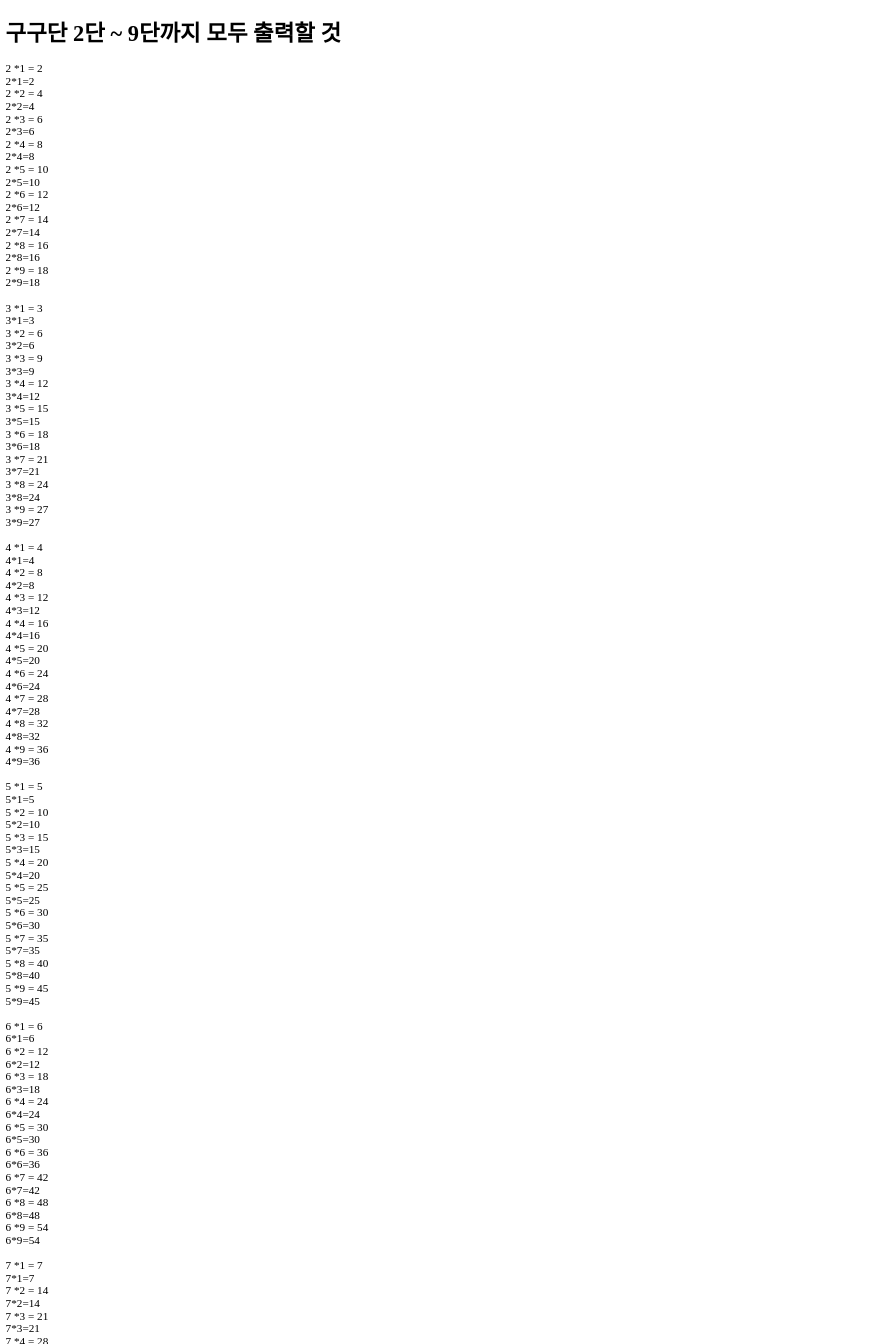
Repository: junirang330/Jsp2026
Page: http://localhost/chapter01/test02.jsp
The author's editor kept a copy of each file at every save. The page is drawn from the files as they stood at one save, then again after the next save.
The browser window is 1280 px wide. The pictures show the part of the page from y = 0 to 1920 px (the page is 2833 px tall before and 1537 px after), at 70% of full size.
The page is served by Tomcat 9.

Above is the page before, as saved 2026-10-16 02:39:03.

### chapter01/src/main/webapp/test02.jsp
<%@ page language="java" contentType="text/html; charset=UTF-8"
    pageEncoding="UTF-8" import="java.util.*" %>
<!DOCTYPE html>
<html>
<head>
<meta charset="UTF-8">
<title>Insert title here</title>
</head>
<body>
	<h1>구구단 2단 ~ 9단까지 모두 출력할 것</h1>
	<%
		  // int num = 1;
		for(int i = 2; i<=9; i++){

			for(int j = 1; j<=9; j++){
	%>
	<%=i %> *<%=j %> = <%= i*j %><br/>
	<%=i+"*"+j+"="+i*j %><br/>
	<%
		}
	%>
	<br/>
	<%
		}
	%>
</body>
</html>

After the next save:
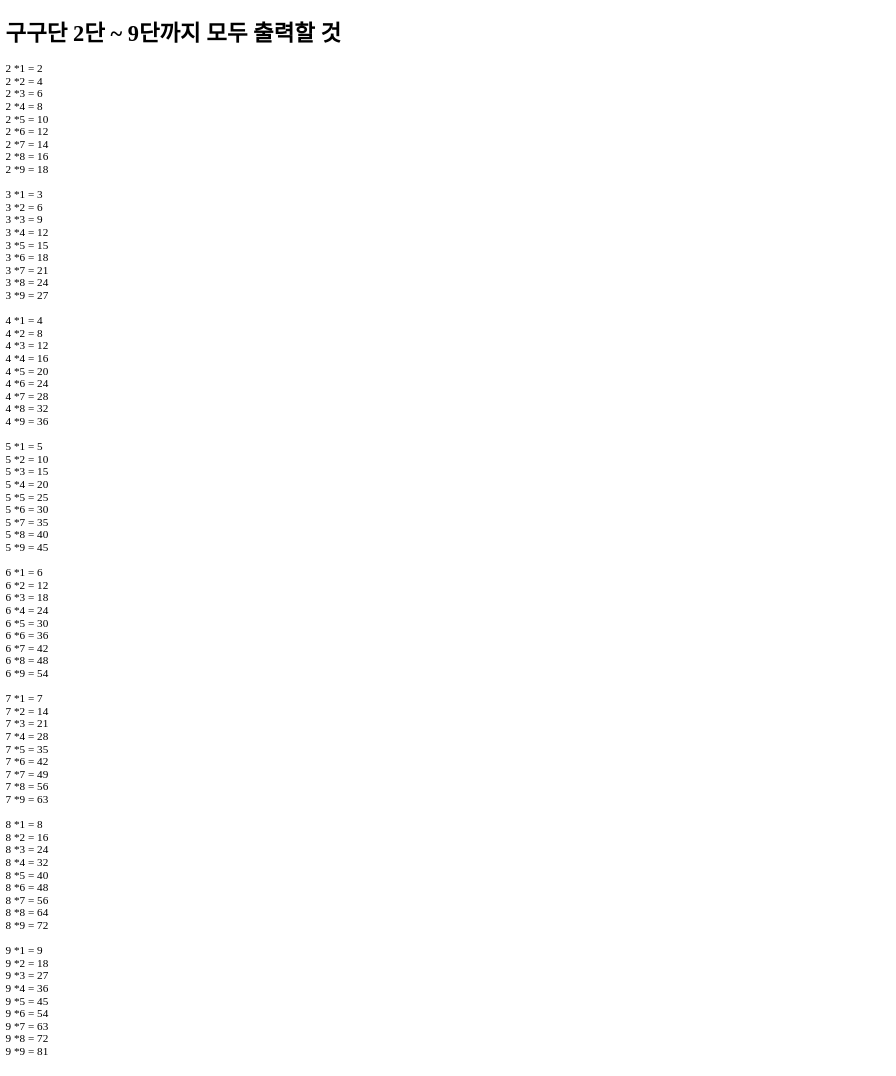
Saved 6 s later.
--- a/chapter01/src/main/webapp/test02.jsp
+++ b/chapter01/src/main/webapp/test02.jsp
@@ -15,7 +15,7 @@
 			for(int j = 1; j<=9; j++){
 	%>
 	<%=i %> *<%=j %> = <%= i*j %><br/>
-	<%=i+"*"+j+"="+i*j %><br/>
+	<%-- <%=i+"*"+j+"="+i*j %><br/> --%>
 	<%
 		}
 	%>
